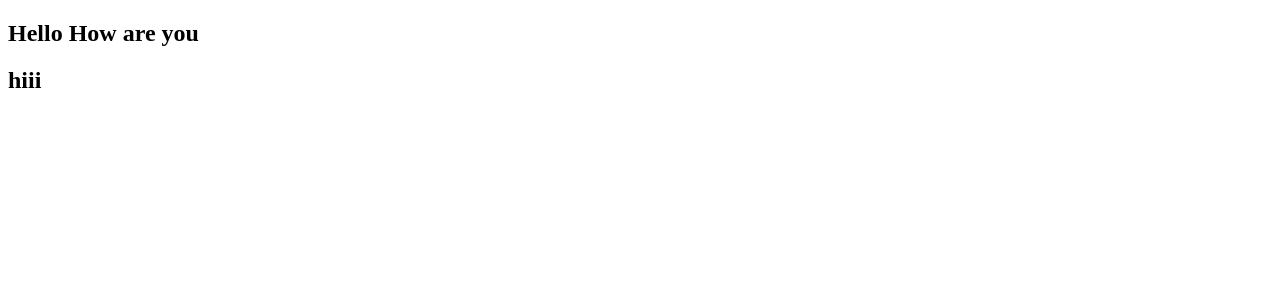
Repository: shitalshirole4044/Servlet-jsp
Page: http://localhost/test/index.jsp
The author's editor kept a copy of each file at every save. The page is drawn from the files as they stood at one save, then again after the next save.
The browser window is 1280 px wide. The pictures show the whole page.
The page is served by Tomcat 9.

Above is the page before, as saved 2024-02-13 07:10:31.

After the next save:
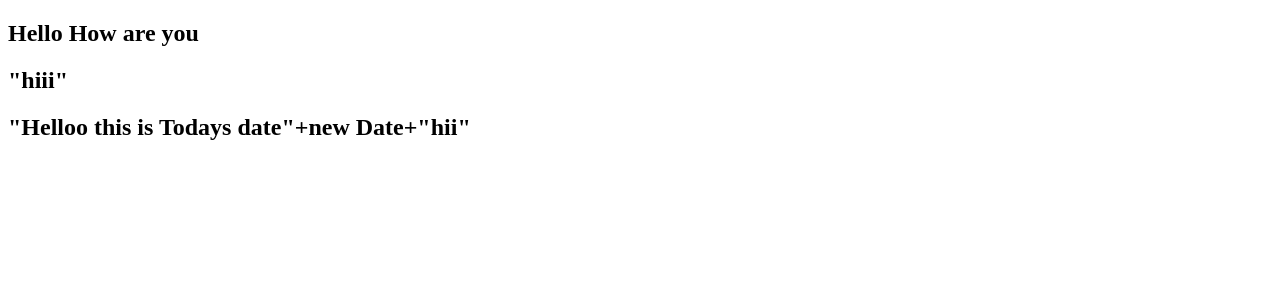
Saved 67 s later.
--- a/test/src/main/webapp/index.jsp
+++ b/test/src/main/webapp/index.jsp
@@ -8,6 +8,8 @@
 </head>
 <body>
 <h2>Hello How are you</h2>
-<h2>hiii</h2>
+<h2>"hiii"</h2>
+<h2>"Helloo this is Todays date"+new Date+"hii"</h2>
+
 </body>
 </html>
